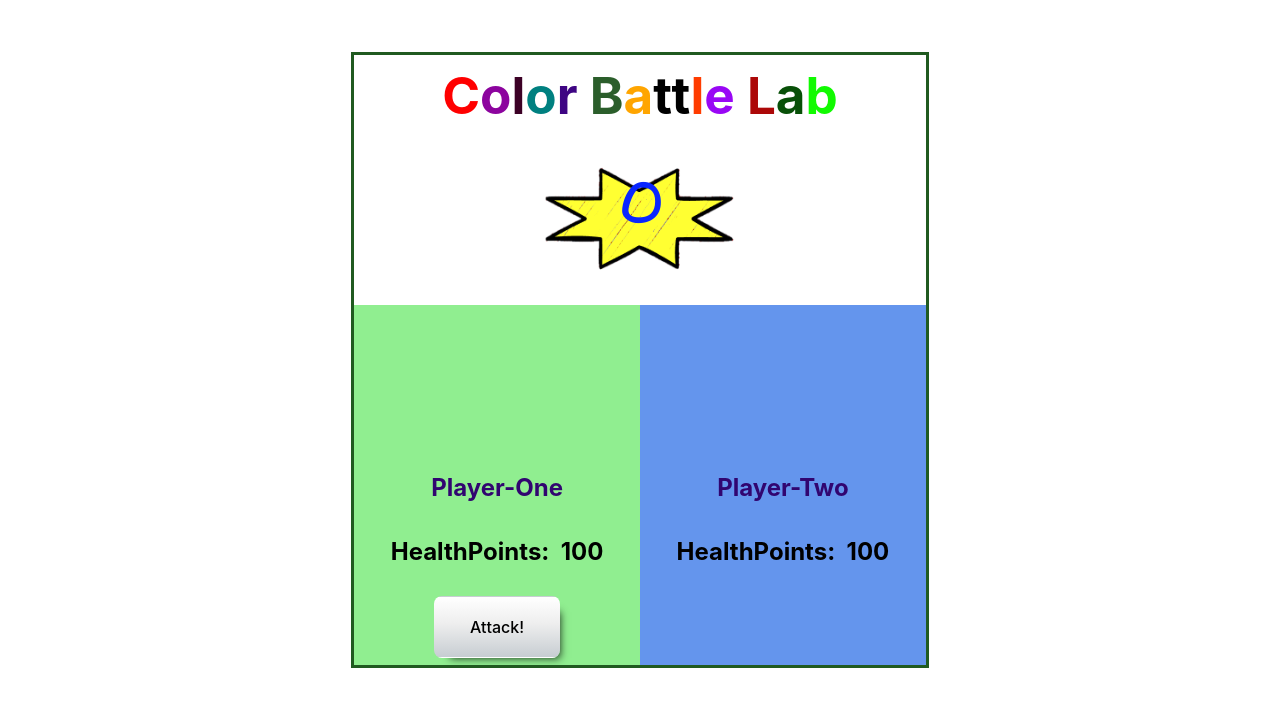
Repository: RAWdevX21/color-battle_lab-build
Page: /
The author's editor kept a copy of each file at every save. The page is drawn from the files as they stood at one save, then again after the next save.
The browser window is 1280 px wide. The pictures show the whole page.
Some web fonts or font styles are not loaded; a fallback is used. The project was rebuilt for these pictures with package versions that can differ from the ones it lists, and the page was loaded fresh each time. Also part of the build but not shown: vite.config.js.

Above is the page before, as saved 2023-08-17 09:42:46.

### index.html
<!doctype html>
<html lang="en">
  <head>
    <meta charset="UTF-8" />
    <link rel="icon" type="image/svg+xml" href="/vite.svg" />
    <link rel="preconnect" href="https://fonts.googleapis.com">
    <link rel="preconnect" href="https://fonts.gstatic.com" crossorigin>
    <link href="https://fonts.googleapis.com/css2?family=Architects+Daughter&family=Short+Stack&family=Tillana&display=swap" rel="stylesheet">
    <meta name="viewport" content="width=device-width, initial-scale=1.0" />
    <title>Color Battle</title>
  </head>
  <body>
    <div id="root"></div>
    <script type="module" src="/src/main.jsx"></script>
  </body>
</html>

### src/App.jsx
import { useState } from "react";
import GameBanner from "./Components/GameBanner";
import Player from "./Components/PlayerInfo";
import "./App.css";

export default function App() {

  const [player1, setPlayer1] = useState({
    name: "Player-One",
    color: "lightgreen",
    healthpoints: 100,
    turn: true
  });

  const [player2, setPlayer2] = useState({
    name: "Player-Two",
    color: "cornflowerblue",
    healthpoints: 100,
    turn: false
  });

  const [dice, setDice] = useState(0);

  const handleAttack = (attacker, defender, setAttacker, setDefender) => {
    console.log("Attack button pressed");
    const damage = Math.floor(Math.random() * 12) + 1;
    console.log("Calculated damage:", damage);
    setDice(damage);

    setDefender((prevDefender) => ({
      ...prevDefender,
      healthpoints: prevDefender.healthpoints - damage
    }));

    setAttacker((prevAttacker) => ({
      ...prevAttacker,
      turn: false
    }));

    // Switch turns
    if (attacker === player1) {
      setPlayer2((prevPlayer2) => ({
        ...prevPlayer2,
        turn: true
      }));
    } else {
      setPlayer1((prevPlayer1) => ({
        ...prevPlayer1,
        turn: true
      }));
    }

    if (defender.healthpoints - damage <= 0) {
      alert(`${attacker.name} wins!`);
    }
  };

  return (
    <div className="game-board">
      <GameBanner damagePoints={dice} />

      <div className="players-container">
        <div className="player-wrapper">
          <Player
            key={player1.name}
            player={player1}
            onAttack={() =>
              handleAttack(player1, player2, setPlayer1, setPlayer2)
            }
          />
        </div>
        <div className="player-wrapper">
          <Player
            key={player2.name}
            player={player2}
            onAttack={() =>
              handleAttack(player2, player1, setPlayer2, setPlayer1)
            }
          />
        </div>
      </div>
    </div>
  );
}

### src/index.css
:root {
  font-family: Inter, system-ui, Avenir, Helvetica, Arial, sans-serif;
  line-height: 1.5;
  font-weight: 400;

  color-scheme: light dark;
  background-color: #242424;

}

body {
  margin: 0;
  display: flex;
  place-items: center;
  min-width: 320px;
  min-height: 100vh;
}

h1 {
  font-size: 3.2em;
  line-height: 1.1;
}

button {
  border-radius: 8px;
  border: 1px solid transparent;
  padding: 0.6em 1.2em;
  font-size: 1em;
  font-weight: 500;
  font-family: inherit;
  background-color: #1a1a1a;
  cursor: pointer;
  transition: border-color 0.25s;
}
button:hover {
  border-color: #646cff;
}
button:focus,
button:focus-visible {
  outline: 4px auto -webkit-focus-ring-color;
}

@media (prefers-color-scheme: light) {
  :root {
    background-color: #ffffff;
  }

  button {
    background-color: #ffffff;
  }
}

### src/Components/GameBanner.jsx
import './GameBanner.css';
import Die from "./Die";

const GameBanner = ({ damagePoints }) => {
    return (
      <div className="banner">
        <h1>
          <span className="banner--c">C</span>
          <span className="banner--o">o</span>
          <span className="banner--l">l</span>
          <span className="banner--o2">o</span>
          <span className="banner--r">r</span>
          &nbsp;
          <span className="banner--b">B</span>
          <span className="banner--a">a</span>
          <span className="banner--t">t</span>
          <span className="banner--t">t</span>
          <span className="banner--l2">l</span>
          <span className="banner--e">e</span>
          &nbsp;
          <span className="banner--l3">L</span>
          <span className="banner--a2">a</span>
          <span className="banner--b2">b</span>
        </h1>
        <div className="damage-points">
          <Die value={damagePoints} />
        </div>
      </div>
    );
}

export default GameBanner;

### src/Components/PlayerInfo.jsx
import "./PlayerInfo.css";

const Player = ({ player, onAttack }) => {

  console.log(`${player.name}'s HealthPoints:`, player.healthpoints);

  return (
    <div className="player" style={{ backgroundColor: player.color }}>
      <h2>{player.name}</h2>
      <p
        className="hp"
        style={{ fontSize: "1.5rem", fontWeight: "bold", color: "black" }}>
        HealthPoints: &nbsp;{player.healthpoints}
      </p>
      {player.turn && (
        <button className="attack-button" onClick={onAttack}>
          Attack!
        </button>
      )}
    </div>
  );
};

export default Player;

### src/App.css
#root {
  margin: 0 auto;
  text-align: center;
  border: 3px solid rgba(3, 69, 3, 0.884);
}

h2 {
  color: rgb(49, 5, 112);
}

.players-container {
  display: flex;
  align-items: stretch;
}

.player-wrapper {
  flex: 1;
  height: 50vh;
  min-height: 50vh;
  box-sizing: border-box;
  overflow: hidden;
}

### src/Components/GameBanner.css
.banner {
    text-align: center;
    padding: 1em 5.5rem 2em;
    background-color: #ffffff;
    color: black;
}

.damage-points {
    margin-top: 10px;
    font-size: 6rem;
}

h1 {
    margin-top: -0.25rem;
}

.banner h1 span.banner--c { color: red; }
.banner h1 span.banner--o { color: rgb(140, 4, 158); }
.banner h1 span.banner--l { color: rgb(60, 1, 38); }
.banner h1 span.banner--o2 { color: teal; }
.banner h1 span.banner--r { color: rgb(62, 5, 131); }
.banner h1 span.banner--b { color: rgb(43, 94, 43); }
.banner h1 span.banner--a { color: orange; }
.banner h1 span.banner--t { color: black; }
.banner h1 span.banner--l2 { color: rgb(255, 60, 0); }
.banner h1 span.banner--e { color: rgb(153, 7, 245); }
.banner h1 span.banner--l3 { color: rgb(172, 8, 8); }
.banner h1 span.banner--a2 { color: rgb(8, 80, 8); }
.banner h1 span.banner--b2 { color: rgb(17, 250, 1); }

### src/Components/Die.jsx
import "./Die.css";

const Die = ({ value }) => {
  return <div className="die-container">{value}</div>;
};

export default Die;

### src/Components/PlayerInfo.css
div.player {
    height: 30rem;
    padding-top: 50%;
    line-height: 2.5rem;
}

.player {
    padding: 20px;
    box-sizing: border-box;
    background-color: #f5f5f5;
}

.attack-button {
    padding: 20px 35px;
    background-color: rgb(242, 229, 229);
    color: black;
    background: #FFFFFF;
    background: -moz-linear-gradient(top, #FFFFFF 0%, #EEEEEE 44%, #C7CDD2 100%);
    background: -webkit-linear-gradient(top, #FFFFFF 0%, #EEEEEE 44%, #C7CDD2 100%);
    background: linear-gradient(to bottom, #FFFFFF 0%, #EEEEEE 44%, #C7CDD2 100%);
    -webkit-box-shadow: 8px 8px 8px -8px rgba(0,0,0,0.85);
    box-shadow: 8px 8px 8px -8px rgba(0,0,0,0.85);
    cursor: pointer;
}

### src/Components/Die.css
.die-container {
    font-family: 'Short Stack', 'Architects Daughter', 'Tillana', cursive;
    color: rgb(9, 38, 255);
    display: flex;
    align-items: center;
    justify-content: center;
    font-size: 4rem;
    font-weight: bold;
    padding-bottom: 20px;
    background-image: url('../assets/pow.png');
    background-size: 13rem 13.5rem;
    background-position: center;
    background-repeat: no-repeat
}

Loaded but not shown: src/main.jsx (common file)

After the next save:
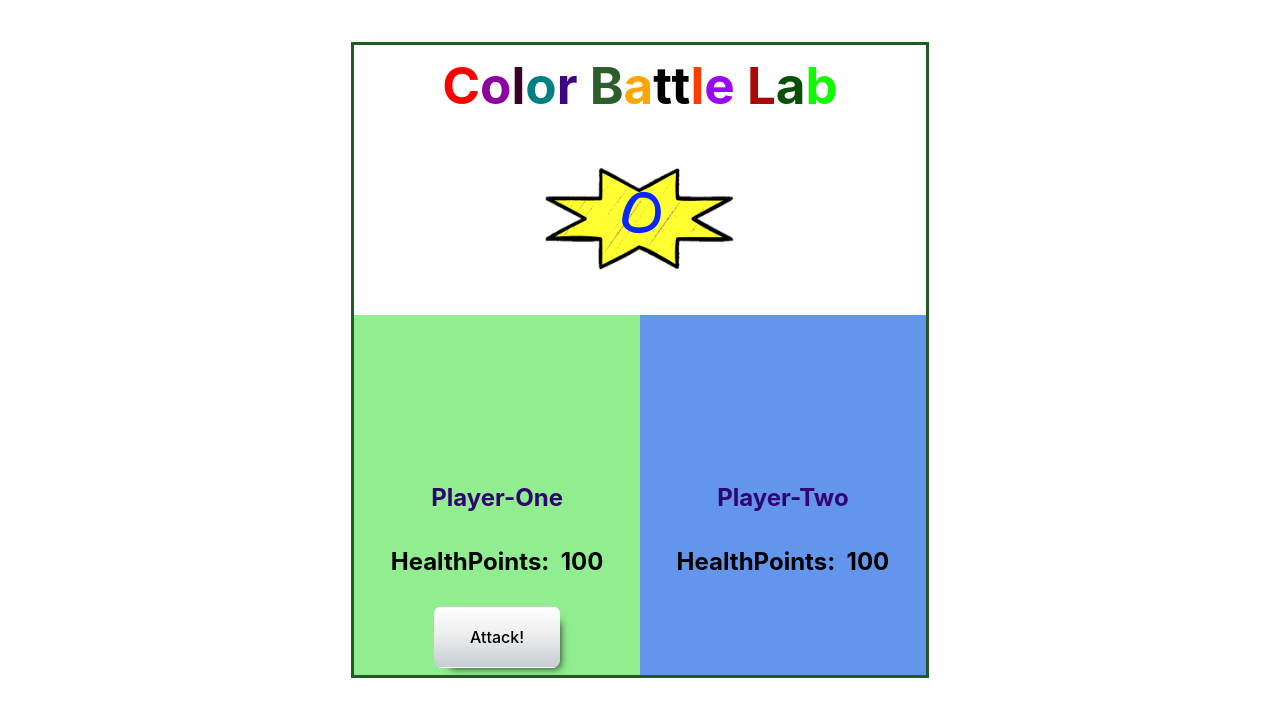
Saved 11 s later.
--- a/src/Components/Die.css
+++ b/src/Components/Die.css
@@ -6,7 +6,7 @@
     justify-content: center;
     font-size: 4rem;
     font-weight: bold;
-    padding-bottom: 20px;
+    padding: 20px;
     background-image: url('../assets/pow.png');
     background-size: 13rem 13.5rem;
     background-position: center;
